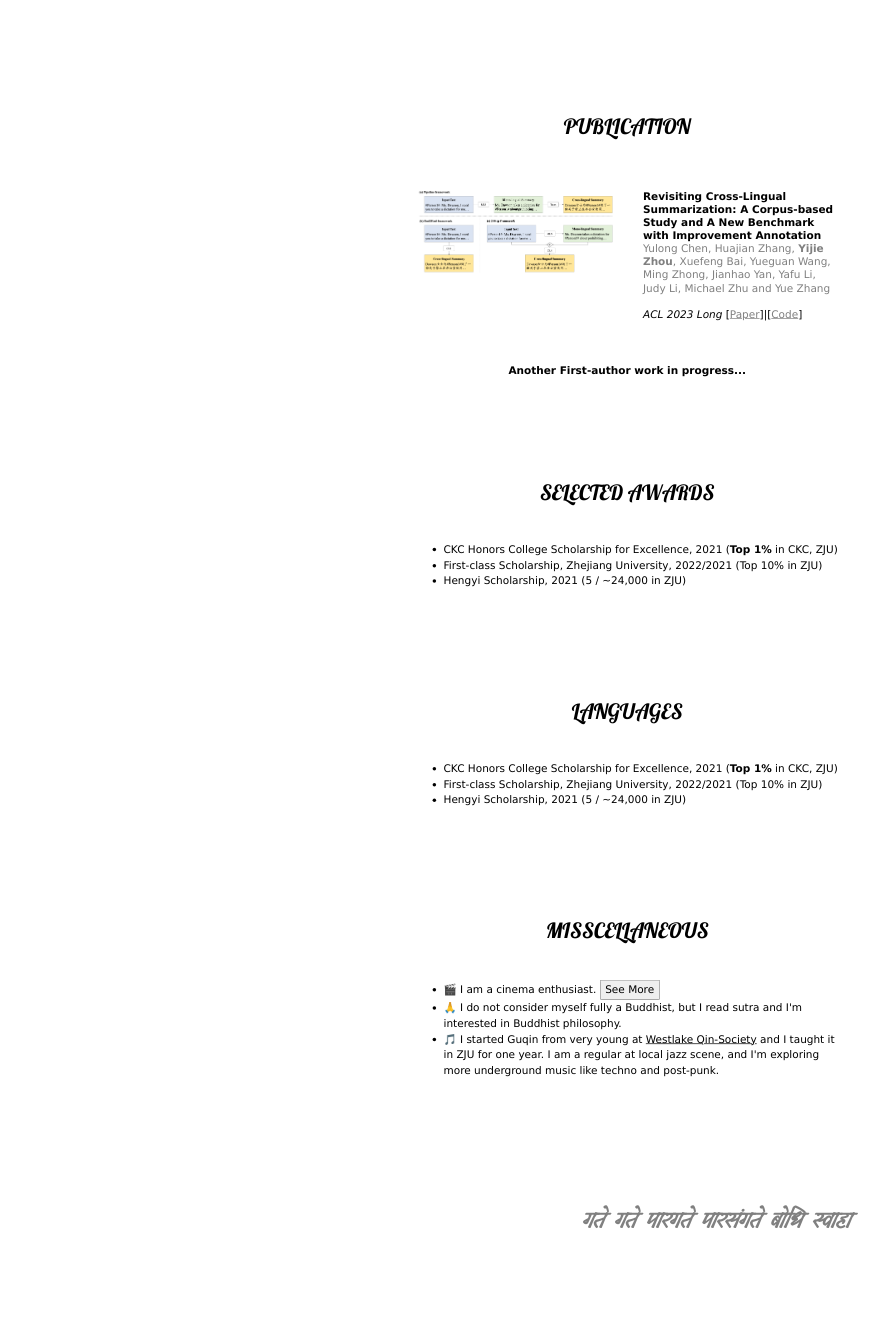
Repository: Ej-zhou/ej-zhou.github.io
Page: index.html
The author's editor kept a copy of each file at every save. The page is drawn from the files as they stood at one save, then again after the next save.
The browser window is 1280 px wide. The pictures show the part of the page from y = 2721 to 4641 px (the page is 4641 px tall before and 4543 px after), at 70% of full size.
Some web fonts or font styles are not loaded; a fallback is used.

Above is the page before, as saved 2023-08-26 16:19:46.

After the next save:
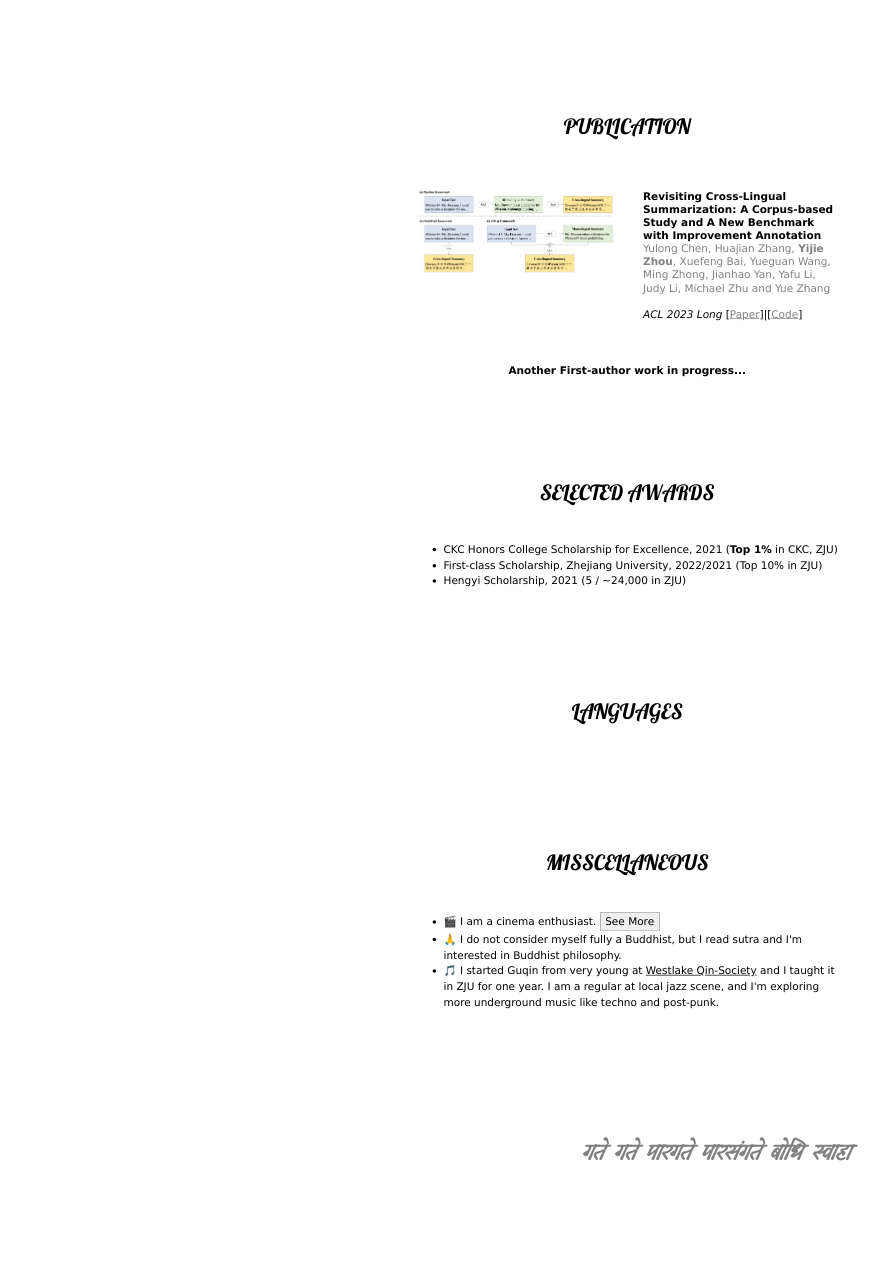
Saved 5 s later.
--- a/index.html
+++ b/index.html
@@ -482,11 +482,11 @@
 
       <h2>LANGUAGES</h2>
       <br/>
-      <ul style="text-align: left;">
+      <!-- <ul style="text-align: left;">
         <li>CKC Honors College Scholarship for Excellence, 2021 (<b>Top 1%</b> in CKC, ZJU)</li>
         <li>First-class Scholarship, Zhejiang University, 2022/2021 (Top 10% in ZJU)</li>
         <li>Hengyi Scholarship, 2021 (5 / ~24,000 in ZJU)</li>
-      </ul>
+      </ul> -->
     </div>
 
 
